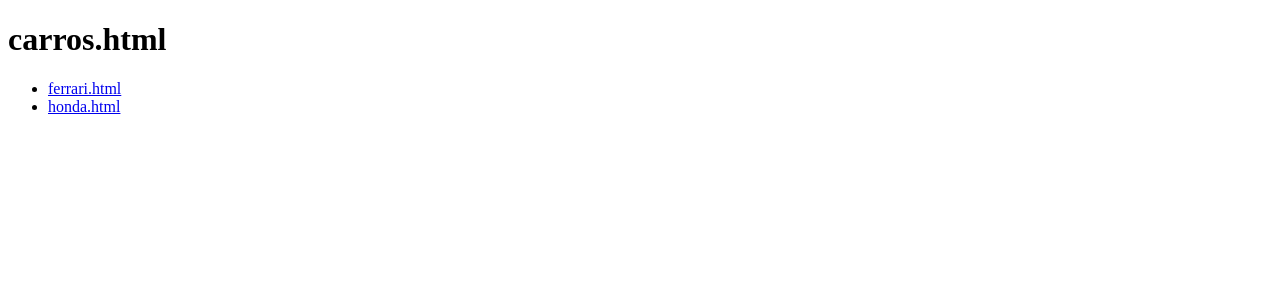
Repository: joao-laercio/DevWeb_BackEnd
Page: index.html/motos.html/motos.html
An editor plug-in stored every save of this project. The page is shown before and after the next save, followed by the edit.
The browser window is 1280 px wide. The pictures show the whole page.

Above is the page before, as saved 2022-07-06 15:27:03.

### index.html/motos.html/motos.html
<!DOCTYPE html>
<html>
    <head>
        <meta charset="utf-8">
        <title>carros.html</title>
    </head>
    <body>
        <h1>carros.html</h1>

         <div>
              <strong> </strong>
         </div>
         <p>

         </p>
         <blockquote></blockquote>
         <span> <em> </em></span>
         <ul>
             <li><a href="harley.html/harley.html">ferrari.html</a></li>
             <li><a href="honda.html/">honda.html</a></li>
         </ul>

         <a href="quesomos.html"></a>
         <img src=""
     </body>
</html>

After the next save:
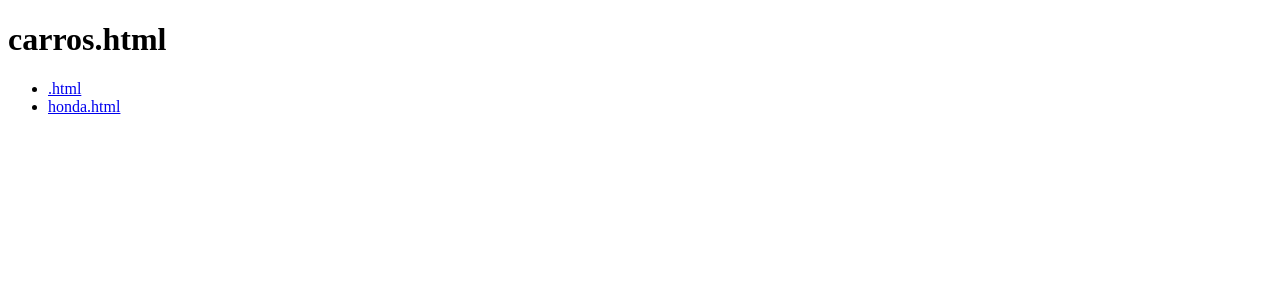
Saved 4 s later.
--- a/index.html/motos.html/motos.html
+++ b/index.html/motos.html/motos.html
@@ -16,7 +16,7 @@
          <blockquote></blockquote>
          <span> <em> </em></span>
          <ul>
-             <li><a href="harley.html/harley.html">ferrari.html</a></li>
+             <li><a href="harley.html/harley.html">.html</a></li>
              <li><a href="honda.html/">honda.html</a></li>
          </ul>
 
